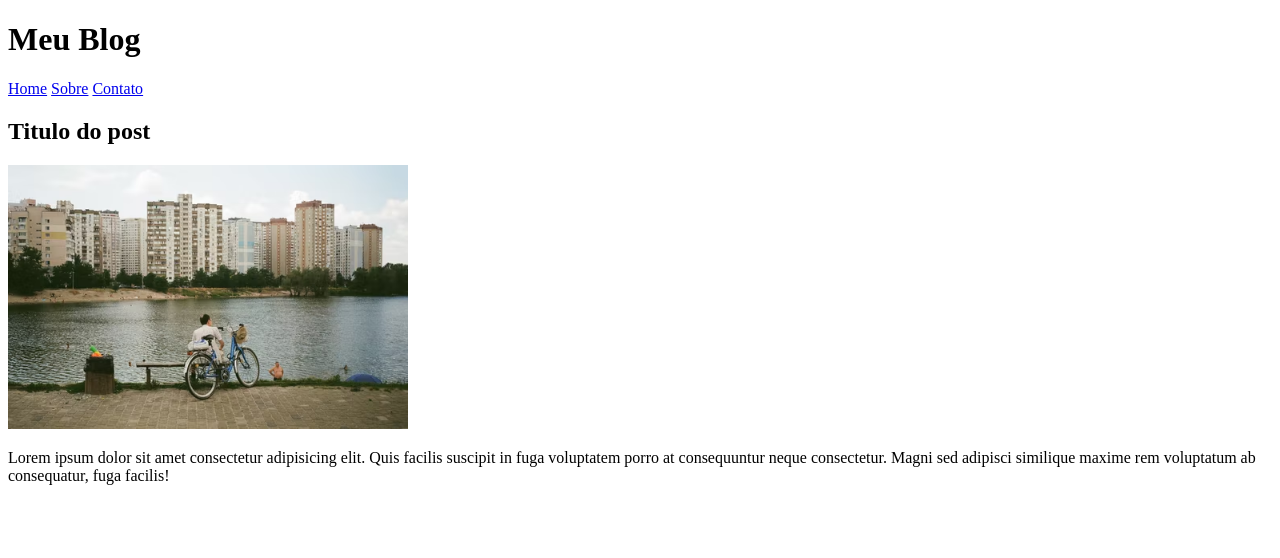
Repository: RenatoCCS/Mais1Code
Page: Rocketseat/Fundamentar/01 - O guia estelar de HTML/Desafios/Blog Post/index.html
The author's editor kept a copy of each file at every save. The page is drawn from the files as they stood at one save, then again after the next save.
The browser window is 1280 px wide. The pictures show the whole page.

Above is the page before, as saved 2022-04-05 21:23:33.

### Rocketseat/Fundamentar/01 - O guia estelar de HTML/Desafios/Blog Post/index.html
<!DOCTYPE html>
<html lang="en">
<head>
    <meta charset="UTF-8">
    <meta http-equiv="X-UA-Compatible" content="IE=edge">
    <meta name="viewport" content="width=device-width, initial-scale=1.0">
    <title>Blog Post</title>
</head>
<body>
    <header>
        <h1>Meu Blog</h1>
        <a href="#">Home</a>
        <a href="#">Sobre</a>
        <a href="#">Contato</a>
    </header>

    <article><h2>Titulo do post</h2>
    <img width="400px" src="../1.avif" title="Bicicleta" alt="Bicicleta">
    <blockquote></blockquote>
        <p>Lorem ipsum dolor sit amet consectetur adipisicing elit. Quis facilis suscipit in fuga voluptatem porro at consequuntur neque consectetur. Magni sed adipisci similique maxime rem voluptatum ab consequatur, fuga facilis!</p>
    </article>


</body>
</html>

After the next save:
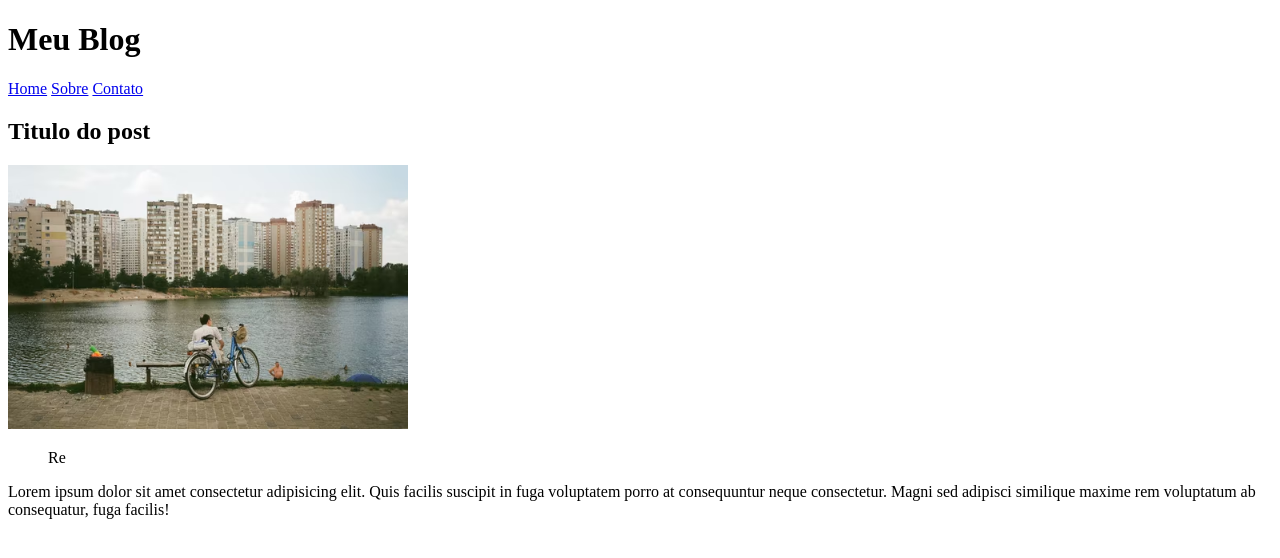
Saved 6 s later.
--- a/Rocketseat/Fundamentar/01 - O guia estelar de HTML/Desafios/Blog Post/index.html
+++ b/Rocketseat/Fundamentar/01 - O guia estelar de HTML/Desafios/Blog Post/index.html
@@ -16,7 +16,7 @@
 
     <article><h2>Titulo do post</h2>
     <img width="400px" src="../1.avif" title="Bicicleta" alt="Bicicleta">
-    <blockquote></blockquote>
+    <blockquote>Re</blockquote>
         <p>Lorem ipsum dolor sit amet consectetur adipisicing elit. Quis facilis suscipit in fuga voluptatem porro at consequuntur neque consectetur. Magni sed adipisci similique maxime rem voluptatum ab consequatur, fuga facilis!</p>
     </article>
 
